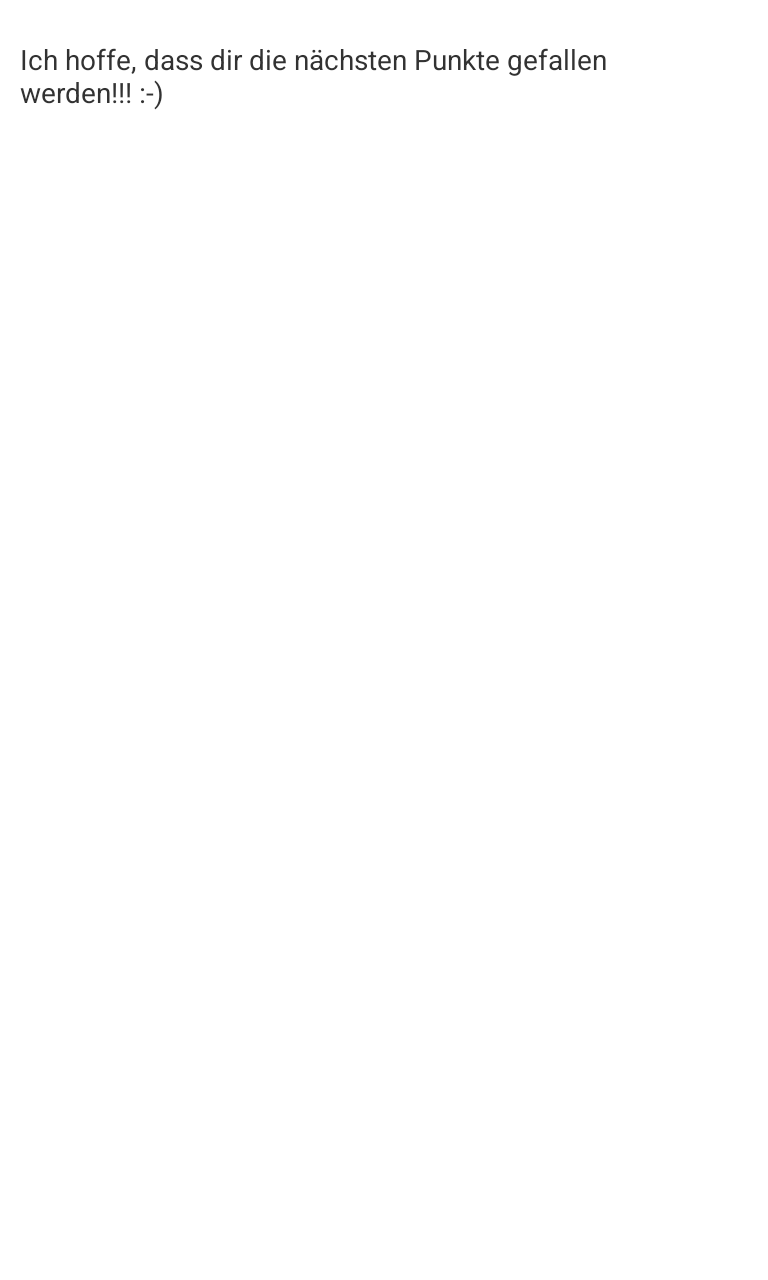
Repository: flashback2k12/ChristmasPresent
Layout: ChristmasPresent/res/layout/popup_first_coupon.xml
An editor plug-in stored every save of this project. The layout is shown before and after the next save, followed by the edit.
It is drawn on a 768 x 1280 px phone screen (xhdpi) without system bars, with theme AppTheme; the app's code is not run.

Above is the layout before, as saved 2012-12-18 17:53:08.

After the next save:
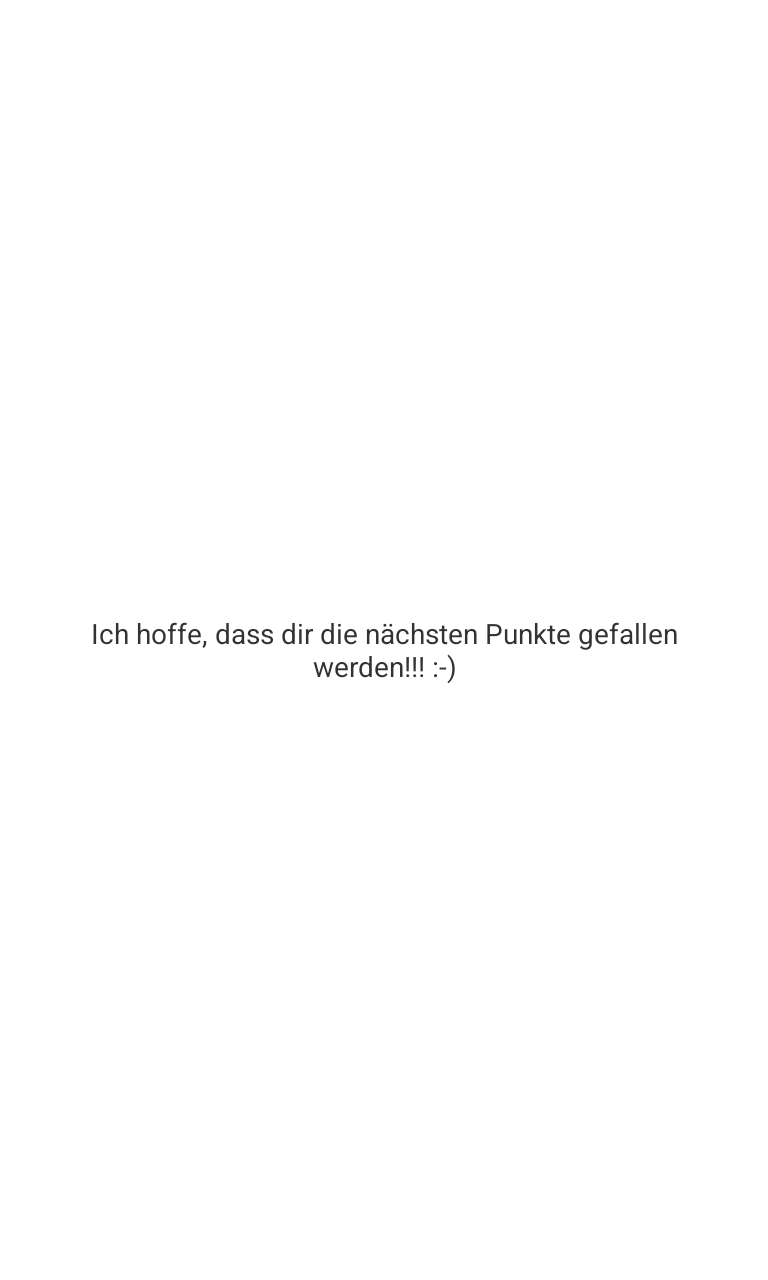
Saved 19 s later.
--- a/ChristmasPresent/res/layout/popup_first_coupon.xml
+++ b/ChristmasPresent/res/layout/popup_first_coupon.xml
@@ -9,6 +9,7 @@
         android:layout_width="fill_parent"
         android:layout_height="match_parent"
         android:layout_marginTop="10dip"
-        android:text="@string/hello_schatz_z2" />
+        android:text="@string/hello_schatz_z2"
+        android:gravity="center" />
 
 </LinearLayout>
